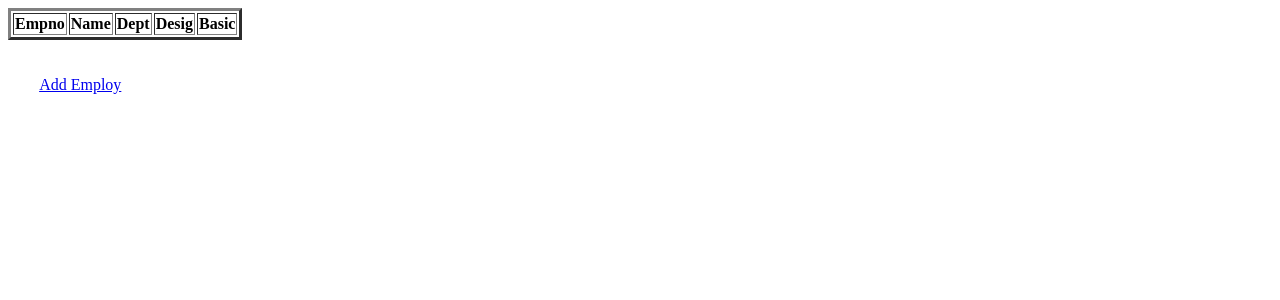
Repository: bspr147/hcl-codes
Page: http://localhost/EmployCrud/EmployShow.jsp
An editor plug-in stored every save of this project. The page is shown before and after the next save, followed by the edit.
The browser window is 1280 px wide. The pictures show the whole page.
The page is served by Tomcat 9. Other server files are loaded and not shown. Queries for data that is not in the repository find no rows.

Above is the page before, as saved 2019-08-21 07:28:23.

### HCL Files/Day17/EmployCrud/WebContent/EmployShow.jsp
<%@page import="java.sql.ResultSet"%>
<%@page import="java.sql.PreparedStatement"%>
<%@page import="com.hcl.jsp.DaoConnection"%>
<%@page import="java.sql.Connection"%>
<%@ page language="java" contentType="text/html; charset=ISO-8859-1"
    pageEncoding="ISO-8859-1"%>
<!DOCTYPE html PUBLIC "-//W3C//DTD HTML 4.01 Transitional//EN" "http://www.w3.org/TR/html4/loose.dtd">
<html>
<head>
<meta http-equiv="Content-Type" content="text/html; charset=ISO-8859-1">
<title>Insert title here</title>
</head>
<body>
<table border="3">
	<tr>
		<th>Empno</th>
		<th>Name</th>
		<th>Dept</th>
		<th>Desig</th>
		<th>Basic</th>
	</tr>
	<%
		Connection con=DaoConnection.getConnection();
		String cmd="select * from Employ";
		PreparedStatement pst=con.prepareStatement(cmd);
		ResultSet rs=pst.executeQuery();
		while(rs.next()) {
	%>
		<tr>
			<td> <%=rs.getInt("empno") %> </td>
			<td> <%=rs.getString("name") %> </td>
			<td> <%=rs.getString("dept") %> </td>
			<td> <%=rs.getString("desig") %> </td>
			<td> <%=rs.getInt("basic") %> </td>
		</tr>
	<%
		}
	%>
</table> <br/><br/>
&nbsp;&nbsp;&nbsp;&nbsp;&nbsp;&nbsp;&nbsp;
<a href="AddEmploy.jsp">Add Employ</a>
</body>
</html>

### HCL Files/Day17/EmployCrud/src/com/hcl/jsp/DaoConnection.java
package com.hcl.jsp;

import java.sql.Connection;
import java.sql.DriverManager;
import java.sql.SQLException;
import java.util.ResourceBundle;

public class DaoConnection {

	public static Connection getConnection() {
		ResourceBundle rb=ResourceBundle.getBundle("db");
		String driver=rb.getString("driver");
		String url=rb.getString("url");
		String user=rb.getString("user");
		String pwd=rb.getString("password");
		Connection con=null;
		try {
			Class.forName(driver);
			con=DriverManager.getConnection(url,user,pwd);
		} catch (ClassNotFoundException e) {
			e.printStackTrace();
		} catch (SQLException e) {
			e.printStackTrace();
		}
		return con;
	}
}

After the next save:
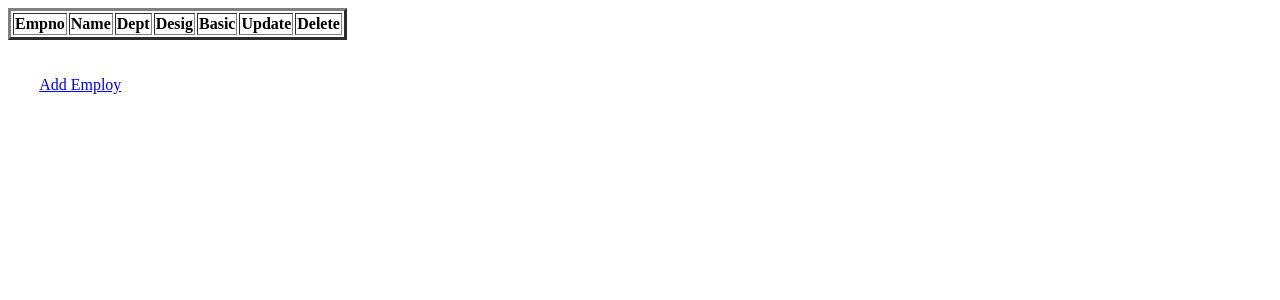
Saved 80 min 49 s later.
--- a/HCL Files/Day17/EmployCrud/WebContent/EmployShow.jsp
+++ b/HCL Files/Day17/EmployCrud/WebContent/EmployShow.jsp
@@ -18,6 +18,8 @@
 		<th>Dept</th>
 		<th>Desig</th>
 		<th>Basic</th>
+		<th>Update</th>
+		<th>Delete</th>
 	</tr>
 	<%
 		Connection con=DaoConnection.getConnection();
